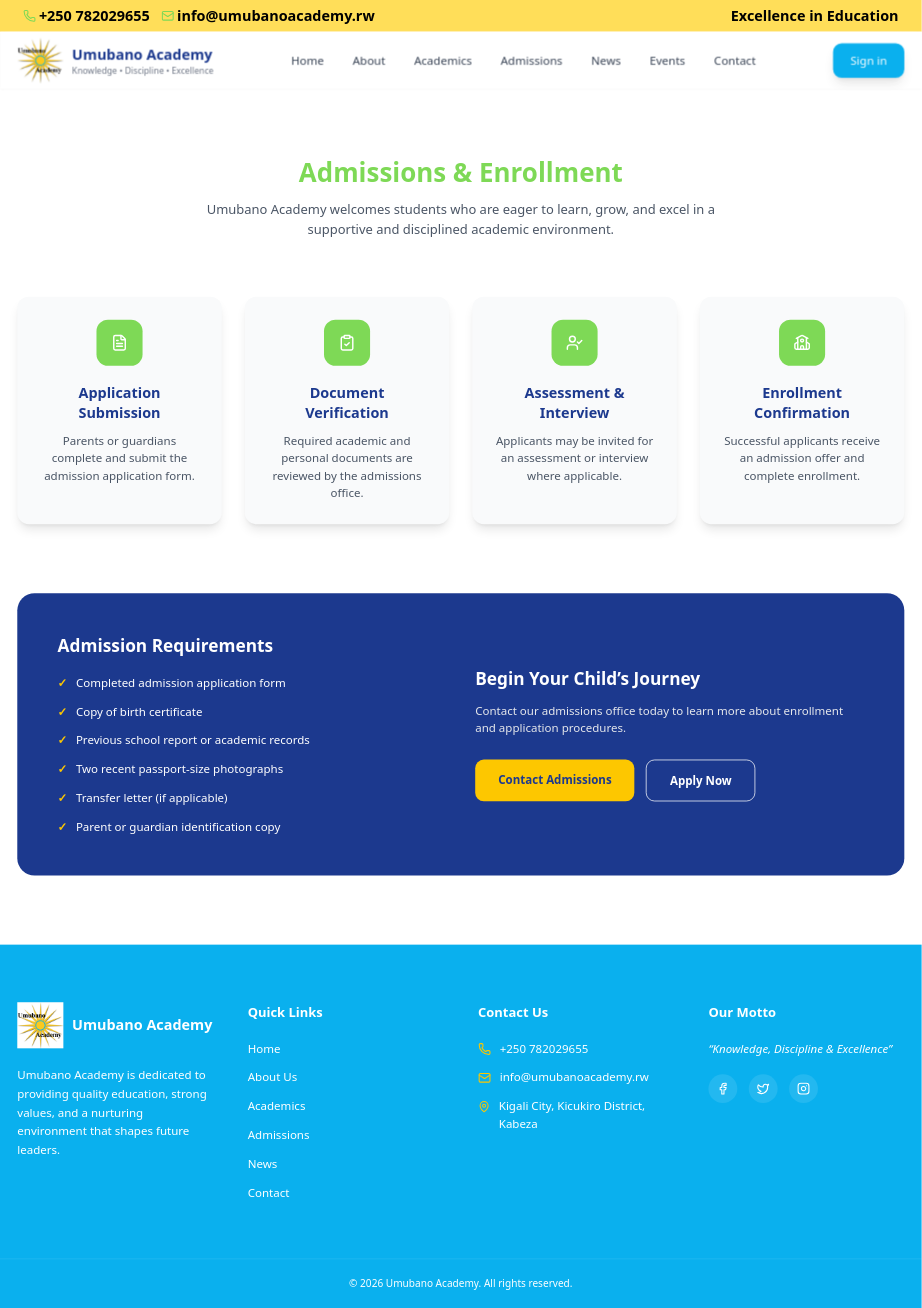
Repository: Umubano-Academy/umubano-academy-website
Page: /admissions
These files come from the project's save history. The page is drawn as it stood at one moment and after the next save; the edit follows.
The browser window is 1280 px wide. The pictures show the whole page, at 72% of full size.
The project was rebuilt for these pictures with package versions that can differ from the ones it lists, and the page was loaded fresh each time. Also part of the build but not shown: vite.config.js, src/components/guest/Hero.jsx, src/components/guest/Event.jsx, src/components/guest/News.jsx, src/components/guest/Contact.jsx, src/components/guest/Home.jsx, src/components/guest/Academic.jsx, src/components/guest/About.jsx and 7 more.

Above is the page before, as saved 2026-01-13 19:49:34.

After the next save:
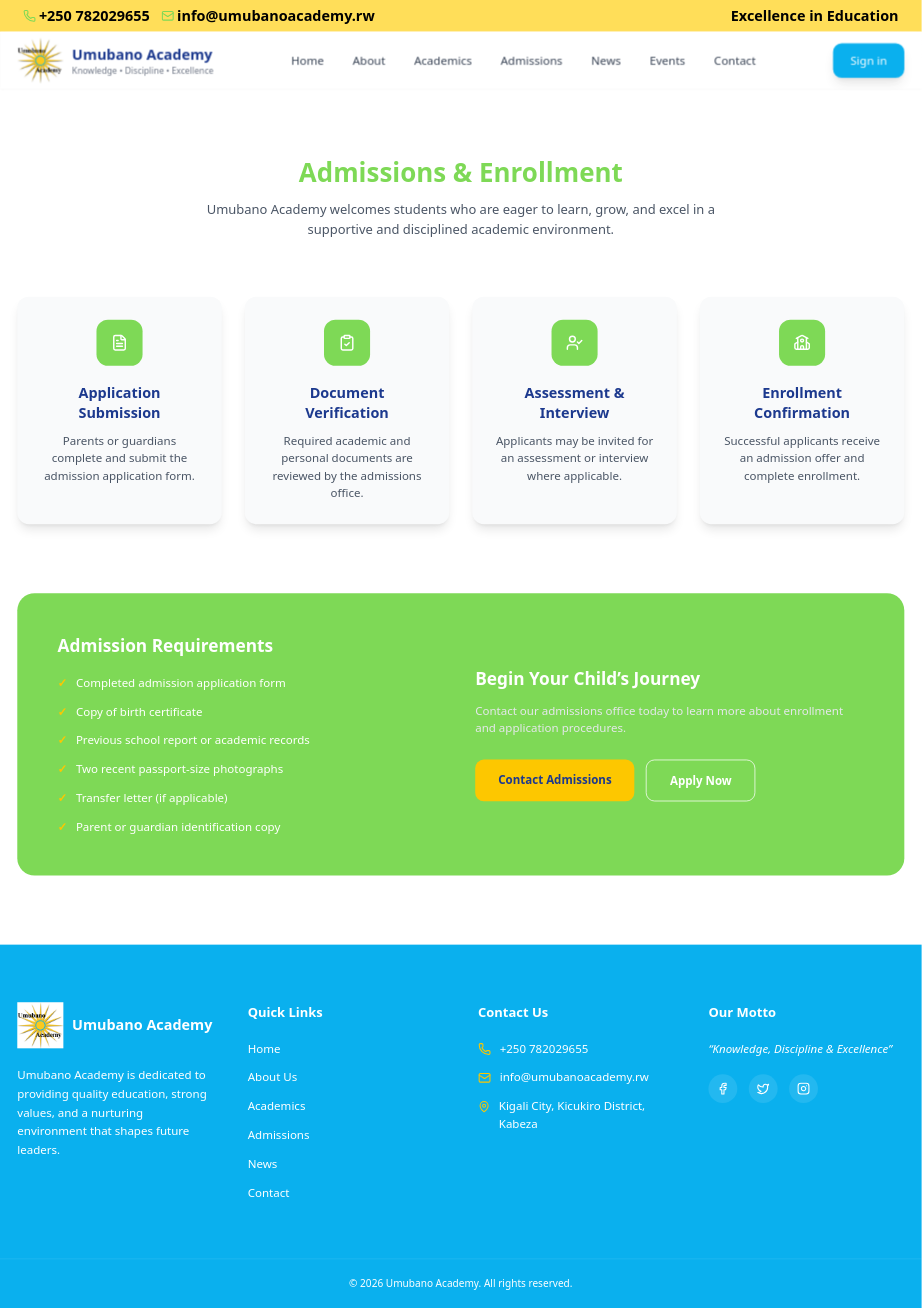
Saved 34 s later.
--- a/src/components/guest/Admission.jsx
+++ b/src/components/guest/Admission.jsx
@@ -104,7 +104,7 @@ function Admission() {
           whileInView={{ opacity: 1, y: 0 }}
           viewport={{ once: true }}
           transition={{ duration: 0.6 }}
-          className="bg-blue-900 rounded-3xl p-10 md:p-14 text-white grid grid-cols-1 md:grid-cols-2 gap-10"
+          className="bg-[#7ED956] rounded-3xl p-10 md:p-14 text-white grid grid-cols-1 md:grid-cols-2 gap-10"
         >
           <div>
             <h3 className="text-2xl font-bold mb-6">
